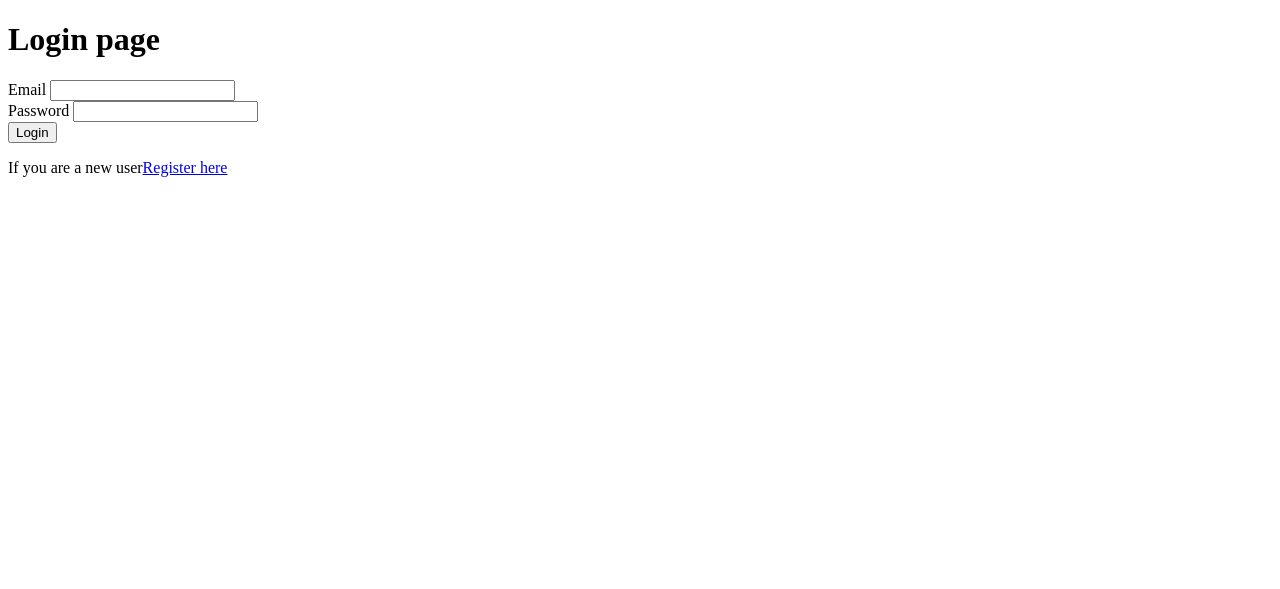
Repository: NagepalliHaasan21/MyProjects
Page: eclipse-workspace/com.SecondJEEPrgm/src/main/webapp/login.html
The author's editor kept a copy of each file at every save. The page is drawn from the files as they stood at one save, then again after the next save.
The browser window is 1280 px wide. The pictures show the whole page.

Above is the page before, as saved 2024-11-28 13:15:36.

### eclipse-workspace/com.SecondJEEPrgm/src/main/webapp/login.html
<!DOCTYPE html>
<html>
<head>
<meta charset="UTF-8">
<title>Login page</title>
</head>
<body>
	<h1>Login page</h1>
	<form action="LoginServlet">
		Email <input type="text" name="email"></br>
		Password <input type="password" name="password"></br>
		<input type="submit" value="Login"></br>
	</form>
	<p>If you are a new user<a href="index.html">Register here</a></p>
</body>
</html>

After the next save:
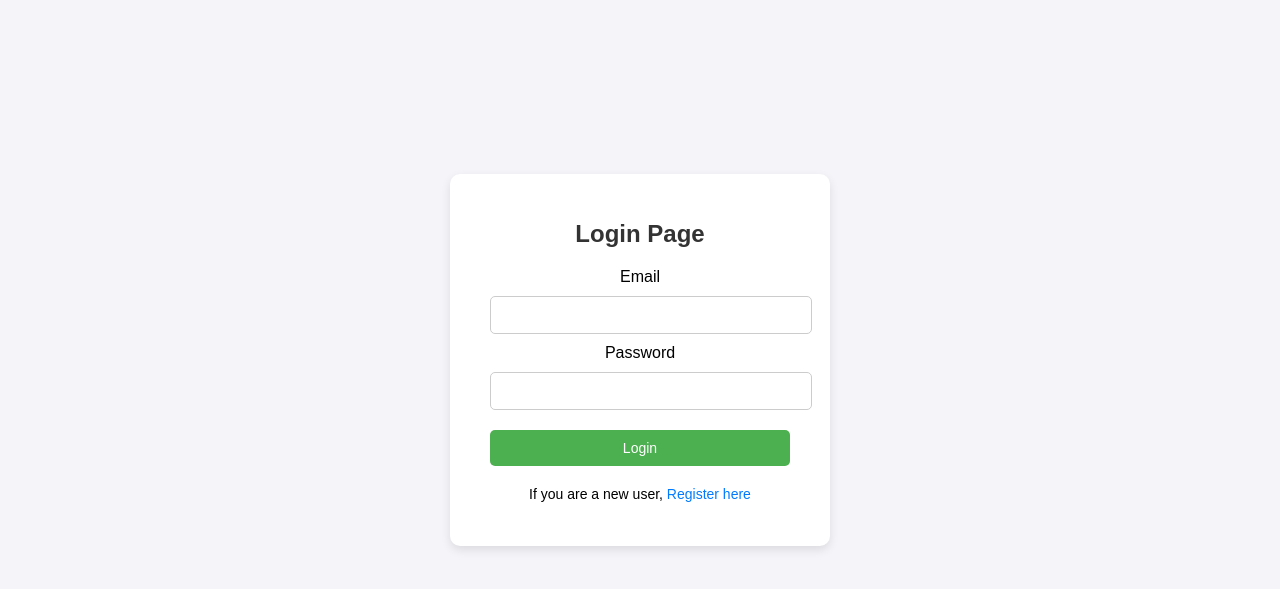
Saved 49 s later.
--- a/eclipse-workspace/com.SecondJEEPrgm/src/main/webapp/login.html
+++ b/eclipse-workspace/com.SecondJEEPrgm/src/main/webapp/login.html
@@ -2,15 +2,89 @@
 <html>
 <head>
 <meta charset="UTF-8">
-<title>Login page</title>
+<title>Login Page</title>
+<style>
+    body {
+        font-family: Arial, sans-serif;
+        background-color: #f4f4f9;
+        margin: 0;
+        padding: 0;
+        display: flex;
+        justify-content: center;
+        align-items: center;
+        height: 100vh;
+    }
+
+    .container {
+        text-align: center;
+        background-color: #ffffff;
+        padding: 30px 40px;
+        border-radius: 10px;
+        box-shadow: 0 4px 10px rgba(0, 0, 0, 0.1);
+        width: 300px;
+    }
+
+    h1 {
+        margin-bottom: 20px;
+        color: #333;
+        font-size: 24px;
+    }
+
+    form {
+        display: flex;
+        flex-direction: column;
+    }
+
+    form input[type="text"],
+    form input[type="password"],
+    form input[type="submit"] {
+        margin: 10px 0;
+        padding: 10px;
+        border: 1px solid #ccc;
+        border-radius: 5px;
+        font-size: 14px;
+        width: 100%;
+    }
+
+    form input[type="submit"] {
+        background-color: #4CAF50;
+        color: white;
+        border: none;
+        cursor: pointer;
+    }
+
+    form input[type="submit"]:hover {
+        background-color: #45a049;
+    }
+
+    p {
+        font-size: 14px;
+        margin-top: 10px;
+    }
+
+    p a {
+        color: #007BFF;
+        text-decoration: none;
+    }
+
+    p a:hover {
+        text-decoration: underline;
+    }
+</style>
 </head>
 <body>
-	<h1>Login page</h1>
-	<form action="LoginServlet">
-		Email <input type="text" name="email"></br>
-		Password <input type="password" name="password"></br>
-		<input type="submit" value="Login"></br>
-	</form>
-	<p>If you are a new user<a href="index.html">Register here</a></p>
+    <div class="container">
+        <h1>Login Page</h1>
+        <form action="LoginServlet">
+            <label for="email">Email</label>
+            <input type="text" id="email" name="email">
+
+            <label for="password">Password</label>
+            <input type="password" id="password" name="password">
+
+            <input type="submit" value="Login">
+        </form>
+        <p>If you are a new user, <a href="index.html">Register here</a></p>
+    </div>
 </body>
 </html>
